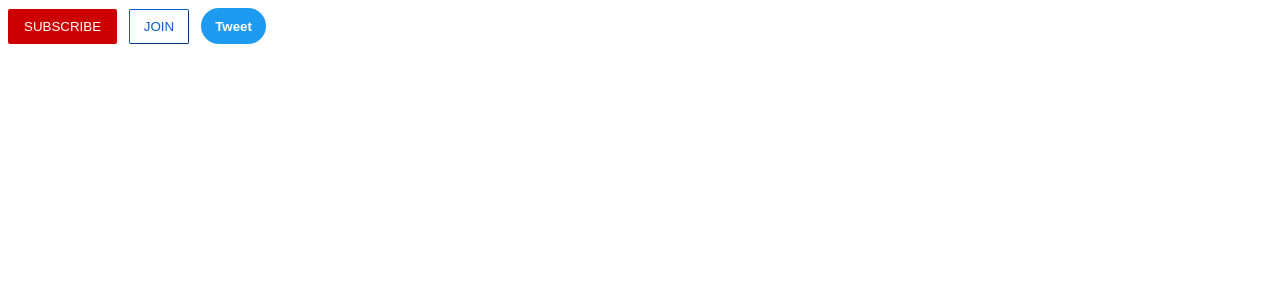
Repository: Kurumilli/Youtube
Page: buttons.html
An editor plug-in stored every save of this project. The page is shown before and after the next save, followed by the edit.
The browser window is 1280 px wide. The pictures show the whole page.

Above is the page before, as saved 2025-01-25 20:22:19.

After the next save:
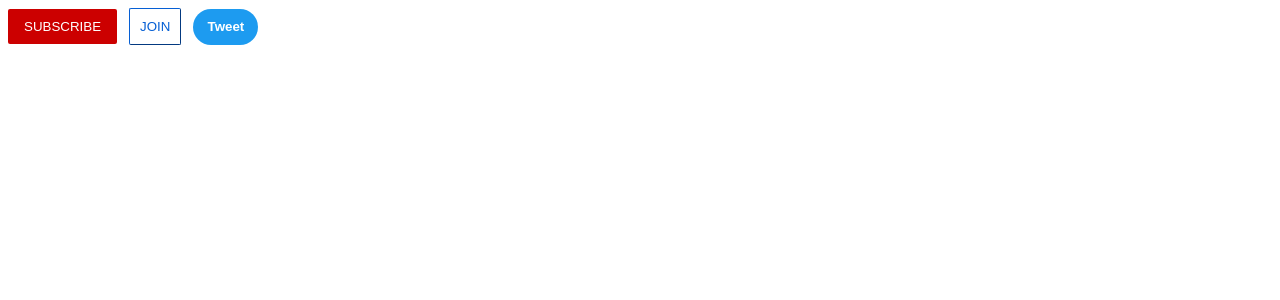
Saved 53 s later.
--- a/buttons.html
+++ b/buttons.html
@@ -25,12 +25,14 @@
 background-color: white;
 color: rgb(6, 95, 212);
 border-width: 1px;
-height:35px;
-width: 60px;
 border-color:rgb(6, 95, 212);
 border-radius: 2px;
 cursor: pointer;
 margin-left: 8px;
+padding-top: 10px;
+padding-bottom: 10px;
+padding-right: 10px;
+padding-left: 10px;
 transition:background-color 0.15s, color 1s;
 }
 
